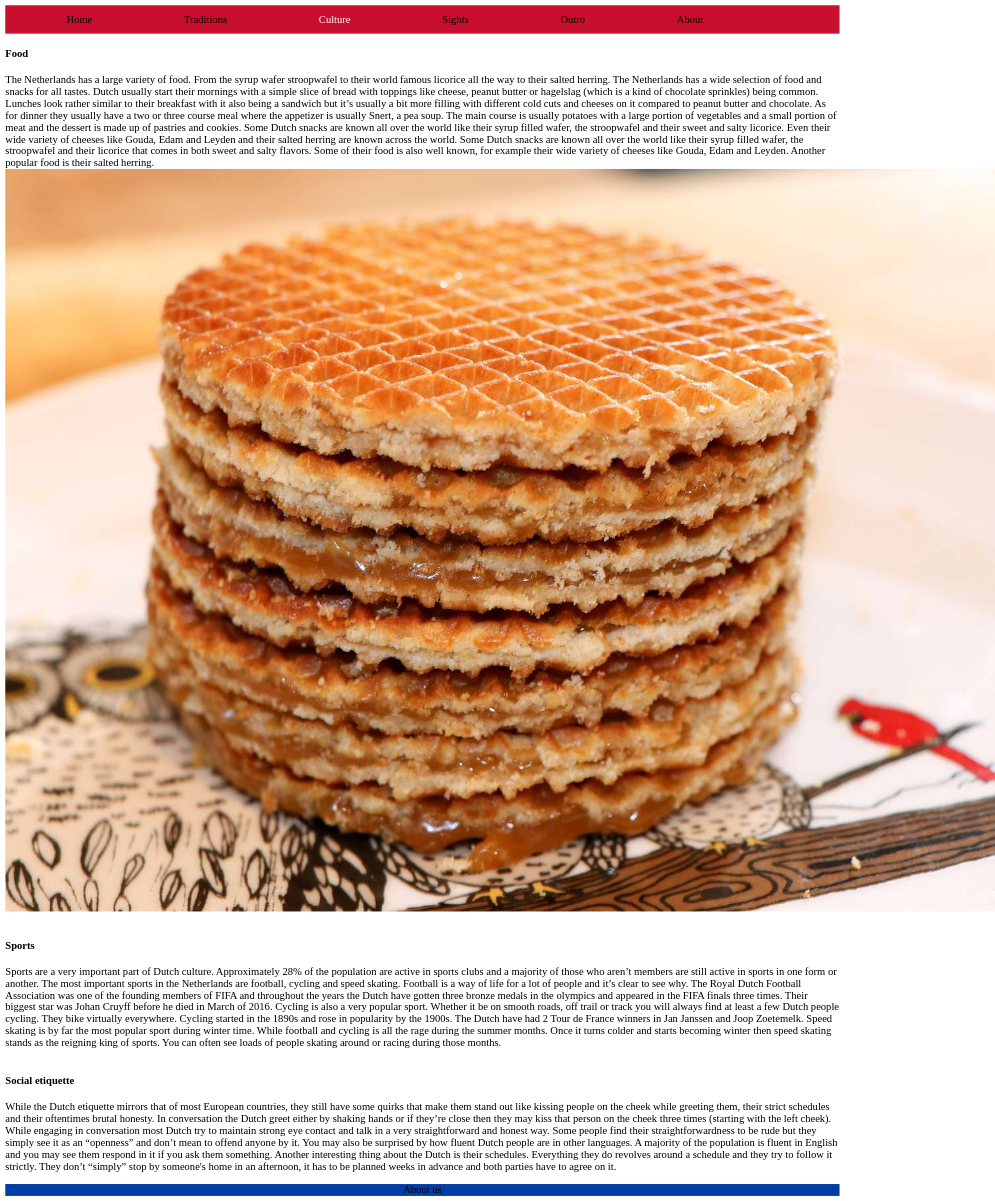
Repository: Cornman63/The-netherlands
Page: culture.html
These files come from the project's save history. The page is drawn as it stood at one moment and after the next save; the edit follows.
The browser window is 1280 px wide. The page is 1508 px wide, then 1280 px, so the pictures cover 1508 px, including what lies to the right of the window. The pictures show the whole page, at 66% of full size.

Above is the page before, as saved 2023-05-23 09:52:00.

### culture.html
<!DOCTYPE html>
<html lang="en">
<head>
    <meta charset="UTF-8">
    <meta http-equiv="X-UA-Compatible" content="IE=edge">
    <meta name="viewport" content="width=device-width, initial-scale=1.0">
    <link rel="stylesheet" href="style.css">
    <title>Visit the Netherlands</title>

</head>
<body>
    <div class="top">
        <div class="site"><a href="index.html" style="color: black" class="link">Home</a></div>
        <div class="site"><a href="traditions.html" style="color:black" class="link">Traditions</a></div>
        <div class="site"><a href="culture.html" style="color: white" class="link">Culture</a></div>
        <div class="site"><a href="sights.html" style="color:black" class="link">Sights</a></div>
        <div class="site"><a href="outro.html" style="color:black" class="link">Outro</a></div>
        <div class="site"><a href="about.html" style="color:black" class="link">About</a></div>
    </div>
    <div class="text">
        <div class="food">
            <h4>Food</h4>

            The Netherlands has a large variety of food. From the syrup wafer stroopwafel to their world famous licorice all the way to their salted herring. The Netherlands has a wide selection of food and snacks for all tastes.

            Dutch usually start their mornings with a simple slice of bread with toppings like cheese, peanut butter or hagelslag (which is a kind of chocolate sprinkles) being common. Lunches look rather similar to their breakfast with it also being a sandwich but it’s usually a bit more filling with different cold cuts and cheeses on it compared to peanut butter and chocolate. As for dinner they usually have a two or three course meal where the appetizer is usually Snert, a pea soup. The main course is usually potatoes with a large portion of vegetables and a small portion of meat and the dessert is made up of pastries and cookies.

            Some Dutch snacks are known all over the world like their syrup filled wafer, the stroopwafel and their sweet and salty licorice. Even their wide variety of cheeses like Gouda, Edam and Leyden and their salted herring are known across the world.

            Some Dutch snacks are known all over the world like their syrup filled wafer, the stroopwafel and their licorice that comes in both sweet and salty flavors. Some of their food is also well known, for example their wide variety of cheeses like Gouda, Edam and Leyden. Another popular food is their salted herring. <img src="images\stroopwafel.jpg" alt="stroopwafel" id="wafel">
            <br><br>
        </div>
        <div class="sports">
            <h4>Sports</h4>

            Sports are a very important part of Dutch culture. Approximately 28% of the population are active in sports clubs and a majority of those who aren’t members are still active in sports in one form or another. The most important sports in the Netherlands are football, cycling and speed skating.

            Football is a way of life for a lot of people and it’s clear to see why. The Royal Dutch Football Association was one of the founding members of FIFA and throughout the years the Dutch have gotten three bronze medals in the olympics and appeared in the FIFA finals three times. Their biggest star was Johan Cruyff before he died in March of 2016.

            Cycling is also a very popular sport. Whether it be on smooth roads, off trail or track you will always find at least a few Dutch people cycling. They bike virtually everywhere. Cycling started in the 1890s and rose in popularity by the 1900s. The Dutch have had 2 Tour de France winners in Jan Janssen and Joop Zoetemelk.

            Speed skating is by far the most popular sport during winter time. While football and cycling is all the rage during the summer months. Once it turns colder and starts becoming winter then speed skating stands as the reigning king of sports. You can often see loads of people skating around or racing during those months.
            <br><br>
        </div>
        <div class="socialeq">
            <h4>Social etiquette</h4>

            While the Dutch etiquette mirrors that of most European countries, they still have some quirks that make them stand out like kissing people on the cheek while greeting them, their strict schedules and their oftentimes brutal honesty.

            In conversation the Dutch greet either by shaking hands or if they’re close then they may kiss that person on the cheek three times (starting with the left cheek). While engaging in conversation most Dutch try to maintain strong eye contact and talk in a very straightforward and honest way. Some people find their straightforwardness to be rude but they simply see it as an “openness” and don’t mean to offend anyone by it. You may also be surprised by how fluent Dutch people are in other languages. A majority of the population is fluent in English and you may see them respond in it if you ask them something.

            Another interesting thing about the Dutch is their schedules. Everything they do revolves around a schedule and they try to follow it strictly. They don’t “simply” stop by someone's home in an afternoon, it has to be planned weeks in advance and both parties have to agree on it.
            <br><br>
        </div>
    </div>
    <div class="bottom">
        About us
    </div>
</body>
</html>

### style.css
.top, .bottom {
    display: flex;
    flex-direction: row;
    justify-content: center;
    align-content:center;
    background-color:#C8102E;
}
.bottom{
    background-color: #003DA5;
    height: 520%;
}

.site {
    display: flex;
    border: 1%;
    margin: 1%;
    margin-right: 10%;
    align-content: center;
}
.link {
    text-decoration: none;
}

After the next save:
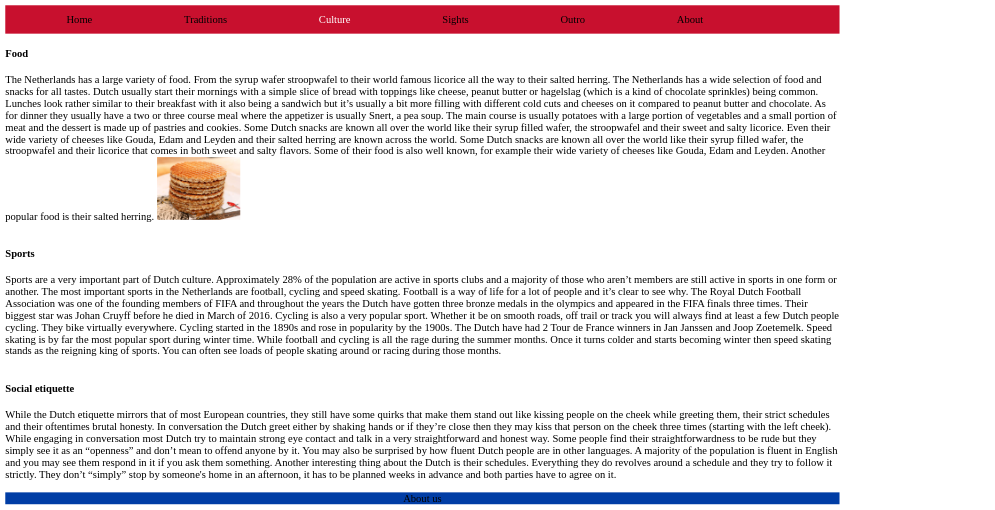
Saved 25 s later.
--- a/style.css
+++ b/style.css
@@ -20,3 +20,7 @@
 .link {
     text-decoration: none;
 }
+#wafel {
+    width: 10%;
+    height: 10%;
+}
